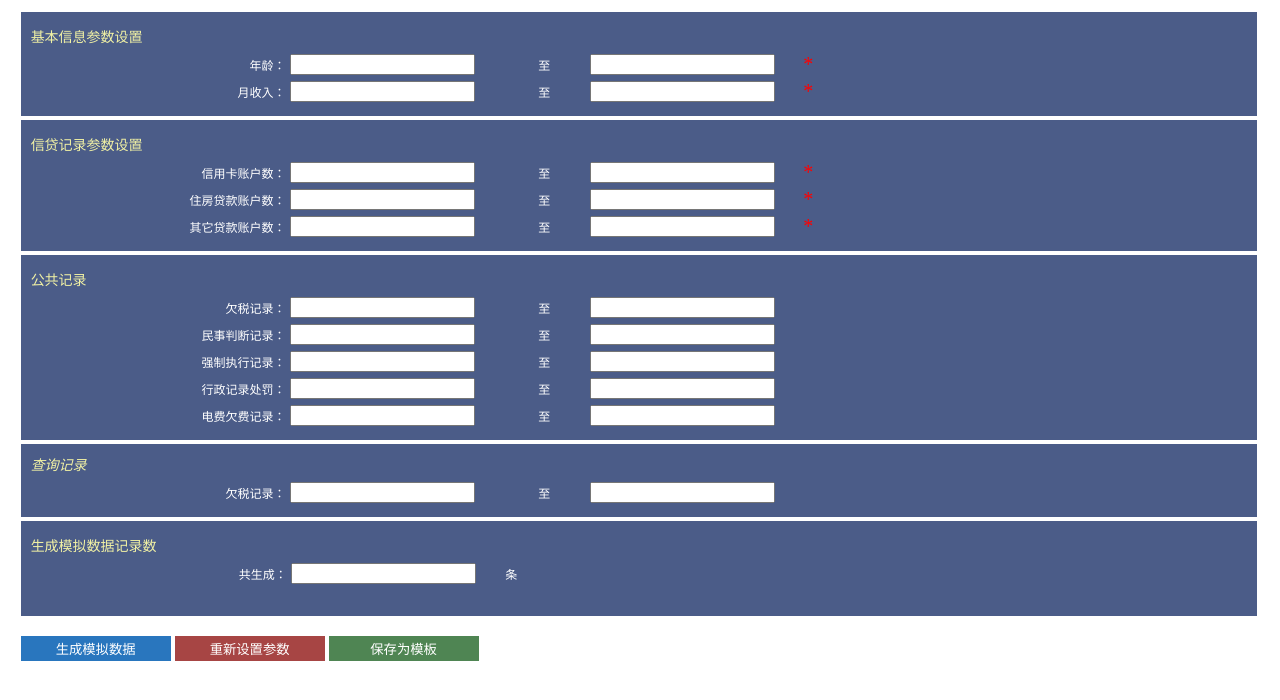
Repository: trieyouth/BigData
Page: http://localhost/BigData/WEB-INF/views/client-credit-analyse-system/data-collect/generateData.jsp
An editor plug-in stored every save of this project. The page is shown before and after the next save, followed by the edit.
The browser window is 1280 px wide. The pictures show the whole page.
The page is served by Tomcat 9. Nobody is signed in. Other server files are loaded and not shown. The template is opened directly, without the code that normally fills it, so the values that code supplies are empty.

Above is the page before, as saved 2016-03-06 16:34:26.

### BigData/WebRoot/WEB-INF/views/client-credit-analyse-system/data-collect/generateData.jsp
<%@ page language="java" import="java.util.*" contentType="text/html; charset=utf-8" pageEncoding="utf-8"%>
<%@taglib prefix="c" uri="http://java.sun.com/jsp/jstl/core" %>
<%
String path = request.getContextPath();
String basePath = request.getScheme()+"://"+request.getServerName()+":"+request.getServerPort()+path+"/";
%>

<!DOCTYPE HTML PUBLIC "-//W3C//DTD HTML 4.01 Transitional//EN">
<html>
  <head>
    <base href="<%=basePath%>">
    <meta charset="utf-8">
<title>数据录入 </title>


	<meta http-equiv="pragma" content="no-cache">
	<meta http-equiv="cache-control" content="no-cache">
	<meta http-equiv="expires" content="0">
	<meta http-equiv="keywords" content="keyword1,keyword2,keyword3">
	<meta http-equiv="description" content="This is my page">
     <link href="<c:url value="/css/mycss.css"/>" rel="stylesheet" type="text/css">

  </head>

  <body>
<div style="height:4px; width:100%;"></div>
<form name="frm" method="POST" action="<c:url value="/ccas/index/dataCollect/generateData"/>">

  <!--基本参数设置区域-->

  <div id="lightcolor">
    <div style="height:4px; width:100%;"></div>
    <label  id="labelhead">基本信息参数设置</label>
    <div style="height:4px; width:100%;"></div>
    <table frame="void" width = "70%" height="25" >
      <tr>
        <td width="30%"  height="25"  style="text-align:right" ><label id="labelbody" > 年龄： </label></td>
        <td width="25%"  height="25"  ><label id="labelbody" >
            <input  type="text" id="inputwidth" name="minAge" >
          </label></td>
        <!--那么属性为参数名-->
        <td width="10%"  height="25"  style="text-align:center"  ><label id="labelbody" > 至 </label></td>
        <td width="25%"  height="25"  ><label id="labelbody" >
            <input  type="text" id="inputwidth" name="maxAge" >
          </label></td>
        <td width="10%"  height="25" ><label id="labelbody1" >* </label></td>
      </tr>
      <tr>
        <td width="30%"  height="25"  style="text-align:right" ><label id="labelbody" > 月收入： </label></td>
        <td width="25%"  height="25"  ><label id="labelbody" >
            <input  type="text" id="inputwidth" name="minMonthlyIncome" >
          </label></td>
        <td width="10%"  height="25"  style="text-align:center"  ><label id="labelbody" > 至 </label></td>
        <td width="25%"  height="25"  ><label id="labelbody" >
            <input  type="text" id="inputwidth" name="maxMonthlyIncome" >
          </label></td>
        <td width="10%"  height="25" ><label id="labelbody1" >*</label></td>
      </tr>

    </table>
  </div>

  <!--开始下一个参数组-->
  <div style="height:4px; width:100%;"></div>
  <div id="lightcolor">
    <div style="height:4px; width:100%;"></div>
    <label  id="labelhead">信贷记录参数设置</label>
    <div style="height:4px; width:100%;"></div>
    <table frame="void" width = "70%" height="25" >
      <tr>
        <td width="30%"  height="25"  style="text-align:right" ><label id="labelbody" > 信用卡账户数： </label></td>
        <td width="25%"  height="25"  ><label id="labelbody" >
            <input  type="text" id="inputwidth" name="minCreditNum" >
          </label></td>
        <td width="10%"  height="25"  style="text-align:center"  ><label id="labelbody" > 至 </label></td>
        <td width="25%"  height="25"  ><label id="labelbody" >
            <input  type="text" id="inputwidth" name="maxCreditNum" >
          </label></td>
        <td width="10%"  height="25"  ><label id="labelbody1" >* </label></td>
      </tr>
      <tr>
        <td width="30%"  height="25"  style="text-align:right" ><label id="labelbody" > 住房贷款账户数：</label></td>
        <td width="25%"  height="25"  ><label id="labelbody" >
            <input  type="text" id="inputwidth" name="minHouseLoan" >
          </label></td>
        <td width="10%"  height="25"  style="text-align:center"  ><label id="labelbody" > 至 </label></td>
        <td width="25%"  height="25"  ><label id="labelbody" >
            <input  type="text" id="inputwidth" name="maxHouseLoan" >
          </label></td>
        <td width="10%"  height="25"  ><label id="labelbody1" >* </label></td>
      </tr>
      <tr>
        <td width="30%"  height="25"  style="text-align:right" ><label id="labelbody" >其它贷款账户数：</label></td>
        <td width="25%"  height="25"  ><label id="labelbody" >
            <input  type="text" id="inputwidth" name="minOwingTaxes" >
          </label></td>
        <td width="10%"  height="25"  style="text-align:center"  ><label id="labelbody" > 至 </label></td>
        <td width="25%"  height="25"  ><label id="labelbody" >
            <input  type="text" id="inputwidth" name="maxOwingTaxes" >
          </label></td>
        <td width="10%"  height="25"  ><label id="labelbody1" >* </label></td>
      </tr>
    </table>
  </div>

  <!--开始下一个参数组-->
  <div style="height:4px; width:100%;"></div>
  <div id="lightcolor">
    <div style="height:4px; width:100%;"></div>
    <label  id="labelhead">公共记录</label>
    <div style="height:4px; width:100%;"></div>
    <table frame="void" width = "70%" height="25" >
      <tr>
        <td width="30%"  height="25"  style="text-align:right" ><label id="labelbody" > 欠税记录： </label></td>
        <td width="25%"  height="25"  ><label id="labelbody" >
            <input  type="text" id="inputwidth" name="minOwingTaxes" >
          </label></td>
        <td width="10%"  height="25"  style="text-align:center"  ><label id="labelbody" > 至 </label></td>
        <td width="25%"  height="25"  ><label id="labelbody" >
            <input  type="text" id="inputwidth" name="maxOwingTaxes" >
          </label></td>
         <td width="10%"  height="25"  style="text-align:center"  ><label id="labelbody" > </label></td>
         </tr>
      <tr>
        <td width="30%"  height="25"  style="text-align:right" ><label id="labelbody" > 民事判断记录： </label></td>
        <td width="25%"  height="25"  ><label id="labelbody" >
            <input  type="text" id="inputwidth" name="minCivilJudgmentRecord" >
          </label></td>
        <td width="10%"  height="25"  style="text-align:center"  ><label id="labelbody" > 至 </label></td>
        <td width="25%"  height="25"  ><label id="labelbody" >
            <input  type="text" id="inputwidth" name="maxCivilJudgmentRecord" >
          </label></td>
        <td width="10%"  height="25"  style="text-align:center"  ></td>
      </tr>
      <tr>
        <td width="30%"  height="25"  style="text-align:right" ><label id="labelbody" > 强制执行记录： </label></td>
        <td width="25%"  height="25"  ><label id="labelbody" >
            <input  type="text" id="inputwidth" name="minEnforcement" >
          </label></td>
        <td width="10%"  height="25"  style="text-align:center"  ><label id="labelbody" > 至 </label></td>
        <td width="25%"  height="25"  ><label id="labelbody" >
            <input  type="text" id="inputwidth" name="maxEnforcement" >
          </label></td>
         <td width="10%"  height="25"  style="text-align:center"  ></td>
      </tr>
      <tr>
        <td width="30%"  height="25"  style="text-align:right" ><label id="labelbody" > 行政记录处罚： </label></td>
        <td width="25%"  height="25"  ><label id="labelbody" >
            <input  type="text" id="inputwidth" name="minAdministrativerPunishment" >
          </label></td>
        <td width="10%"  height="25"  style="text-align:center"  ><label id="labelbody" > 至 </label></td>
        <td width="25%"  height="25"  ><label id="labelbody" >
            <input  type="text" id="inputwidth" name="maxAdministrativerPunishment" >
          </label></td>
         <td width="10%"  height="25"  style="text-align:center"  ><label id="labelbody" > </label></td>
      </tr>
      <tr>
        <td width="30%"  height="25"  style="text-align:right" ><label id="labelbody" > 电费欠费记录： </label></td>
        <td width="25%"  height="25"  ><label id="labelbody" >
            <input  type="text" id="inputwidth" name="minElectricityArrears" >
          </label></td>
        <td width="10%"  height="25"  style="text-align:center"  ><label id="labelbody" > 至 </label></td>
        <td width="25%"  height="25"  ><label id="labelbody" >
            <input  type="text" id="inputwidth" name="maxmElectricityArrears" >
          </label></td>
         <td width="10%"  height="25"  style="text-align:center"  ><label id="labelbody" > </label></td>
      </tr>
    </table>
  </div>

    <i><div style="height:4px; width:100%;"></div>
    <div id="lightcolor">
    <label id="labelhead">查询记录</label>
    <div style="height:4px; width:100%;"></div>
    <table frame="void" width="70%" height="25">
      <tr>
        <td width="30%" height="25" style="text-align:right"><label id="labelbody">欠税记录： </label></td>
        <td width="25%" height="25"><label id="labelbody">
            <input type="text" id="inputwidth" name="minSelectOwingTaxes"></label></td>
        <td width="10%" height="25" style="text-align:center"><label id="labelbody"> 至 </label></td>
        <td width="25%" height="25"><label id="labelbody">
            <input type="text" id="inputwidth" name="maxSelectOwingTaxes"> </label></td>
         <td width="10%" height="25" style="text-align:center"><label id="labelbody"> </label></td>
      </tr>
    </table>
  </div></i>

  <!--开始下一个参数组-->
  <div style="height:4px; width:100%;"></div>
  <div id="lightcolor">
    <div style="height:4px; width:100%;"></div>
    <label  id="labelhead">生成模拟数据记录数</label>
    <div style="height:4px; width:100%;"></div>
    <table frame="void" width = "70%" height="25" >
      <tr>
        <td width="30%"  height="25"  style="text-align:right" ><label id="labelbody" > 共生成： </label></td>
        <td width="25%"  height="25"  ><label id="labelbody" >
            <input  type="text" id="inputwidth" name="generateRecordNum" ></label></td>
        <td width="45%"  height="25"    ><label id="labelbody" style="text-align:left"> 条</label></td>
      </tr>
    </table><br>
  </div>

  <div style="height:20px; width:100%;">${OperateStatus }</div>
  <!--选择按钮功能-->
  <div id="buttoncon">
    <button  id="button1style" type="submit" onclick="ClickGenerateData()" >生成模拟数据</button>
    <!--点击此按钮后台获得参数-->
    <button  type="Reset" id="button2style">重新设置参数</button>
    <button  type="submit" id="button3style" onclick="ClickSaveForTemplate()" >保存为模板</button>
    <!-- <button  type="Reset" id="button2style">设置生成字段</button> -->
  </div>
</form>
  </body>
  <script language="javascript" type="text/javascript">
  function ClickGenerateData(){
        document.frm.action="<c:url value="/ccas/index/dataCollect/generateData"/>";
        document.frm.submit();
   }
  function ClickSaveForTemplate(){
      document.frm.action="<c:url value="/ccas/index/dataCollect/saveAsTemplate"/>";
      document.frm.submit();
 }
  </script>
</html>

### BigData/WebRoot/WEB-INF/resources/css/mycss.css
@charset "utf-8";
/* CSS Document */

#continaer{
	margin: 0px auto;
	width:80%;
	height:750px;
	//min-height:700px;
	background-color:rgb(18,24,48);
	padding:10px;
	border:0;
	}
#header{
	height:20%;
	width:100%;
	margin:0 auto;
	padding:0;
	border:0;
	background-color:rgb(76,93,137);}
    hr{ margin-top:0;
	margin-bottom:0;}

#bod{
	height:80%;
	width:100%;
	margin-top:0%;
	padding:0;
	background-color:rgb(76,93,137);
	}
#leftbody{
	margin:0;
	padding:0;
	border:0;
	width:20%;
	height:100%;
	background-color:rgb(18,24,48);
	float:left;
	}
#rightbody{
	margin:0;
	padding:0;
	border:0;
	width:80%;
	height:100%;
	background-color:rgb(49,69,120);
	float:left;}
#navhead{
	width:100%;
	height:50px;
	border:0;
	margin:0;
	padding:0;
	background:rgb(49,69,120);}

#hrc{
	margin-top:0;}
.nav ul {
	width:100%;
	height: 50px;
	padding: 0;
	margin-top:0;
}
.nav ul li {
	float: left;
	list-style: none;
}
.nav ul li a {
	width: 145px;
	height: 41px;
	line-height: 41px;
	background: rgb(49,69,120);
	color: #000;
	font-size: 14px;
	display: block;
	text-align: center;
	text-decoration: none;
	font-size: 16px;
	font-family:Microsoft YaHei;
	color:#FFF;
}
.nav ul li a:hover {
	width: 145px;
	height: 41px;
	line-height: 41px;
	border: 1px solid rgb(49,69,120);
	color: #000;
}

.meau ul {
	width: 100%;
	padding: 0;
	margin-top: 0;
}
.meau ul li {
	list-style: none;
}
.meau ul li a {
	width: 100%;
	height: 41px;
	line-height: 41px;
	background: rgb(28,40,82);
	color: #000;
	font-size: 14px;
	display: block;
	text-align: center;
	text-decoration: none;
	font-size: 16px;
	font-family: Microsoft YaHei;
	color: #FFF;
}
.meau ul li a:hover {
	width: 100%;
	height: 41px;
	line-height: 41px;
	border: 1px solid rgb(49,69,120);
	color: #FFF;
	background-color: rgb(18,24,48);
}
#lightcolor {
	width: 97%;
	margin-left:1%;
	background-color: #4B5C88;
	border:0;
	padding-top: 10px;
	padding-bottom: 10px;
	padding-left: 10px;
}

#lighttable {
	width: 96%;

	padding-left:10px;
	margin-left:1%;
	background-color: #4B5C88;
	border:0;
}


#buttoncon{
	width: 97%;
	margin-left:1%;
	padding:0;
	border:0;
}
#labelhead {
	color: #F1F1A4;
	font-size: 14px;
	font-family: Microsoft YaHei;
}
#labelbody {
	color: #FFF;
	font-size: 12px;
	font-family: Microsoft YaHei;
}

the style of input(text)
#inputwidth {
	width: 150px;
	height: 24px;
	background: Transparent;
	border: 1px solid #788587;
}
.cell{
	border-right:#7785A8 solid 1px;
	}

/* the style of * */
#labelbody1 {
	color: red;
	font-size: 20px;
	font-family: Microsoft YaHei;
}

/* the style of button */
#button1style{
	width:150px ;
	height:25px;
	background:#2976BE;
	border:0;
	color:#FFF;
	font-family: Microsoft YaHei;
}

/* the style of button */
#button2style{
    width: 150px;
	height: 25px;
	background: #A74544;
	border: 0;
	color: #FFF;
	font-family: Microsoft YaHei;
}

/* the style of button */
#button3style{
    width:150px ;
    height:25px;
    background:#4F8553;
    border:0;
    color:#FFF;
    font-family: Microsoft YaHei;
}

After the next save:
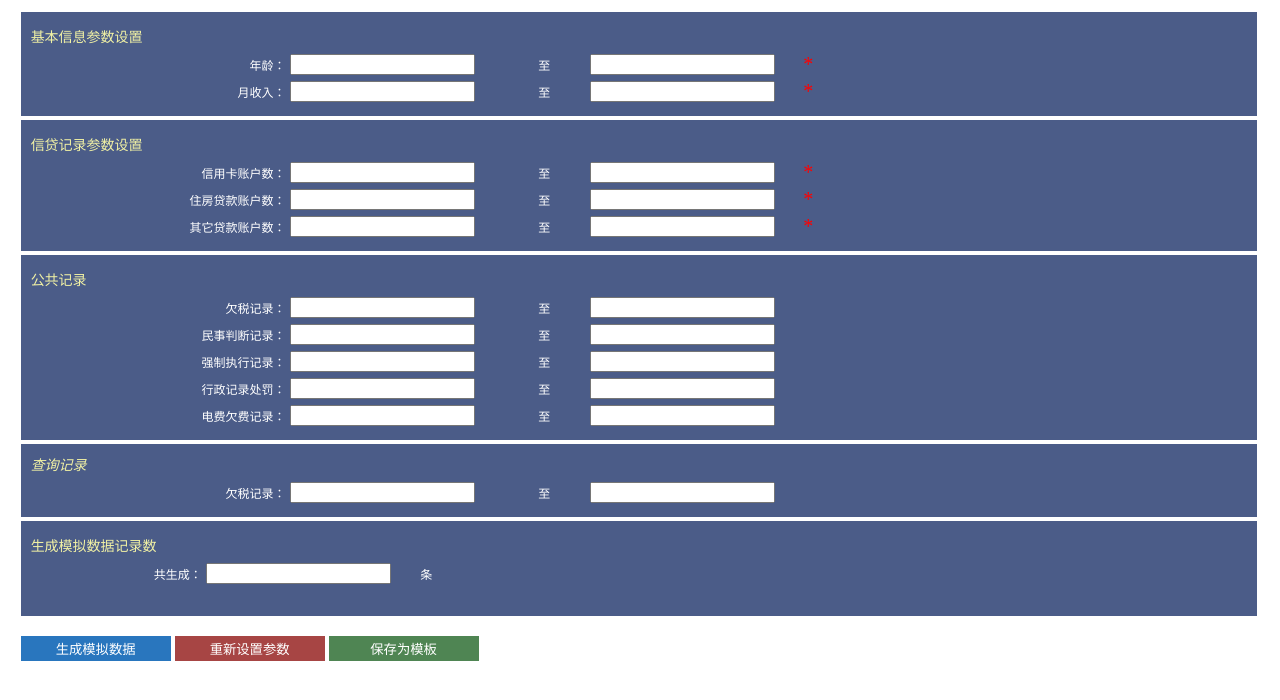
Saved 49 s later.
--- a/BigData/WebRoot/WEB-INF/views/client-credit-analyse-system/data-collect/generateData.jsp
+++ b/BigData/WebRoot/WEB-INF/views/client-credit-analyse-system/data-collect/generateData.jsp
@@ -193,10 +193,10 @@ String basePath = request.getScheme()+"://"+request.getServerName()+":"+request.
     <div style="height:4px; width:100%;"></div>
     <table frame="void" width = "70%" height="25" >
       <tr>
-        <td width="30%"  height="25"  style="text-align:right" ><label id="labelbody" > 共生成： </label></td>
+        <td width="20%"  height="25"  style="text-align:right" ><label id="labelbody" > 共生成： </label></td>
         <td width="25%"  height="25"  ><label id="labelbody" >
             <input  type="text" id="inputwidth" name="generateRecordNum" ></label></td>
-        <td width="45%"  height="25"    ><label id="labelbody" style="text-align:left"> 条</label></td>
+        <td width="55%"  height="25"    ><label id="labelbody" style="text-align:left"> 条</label></td>
       </tr>
     </table><br>
   </div>
